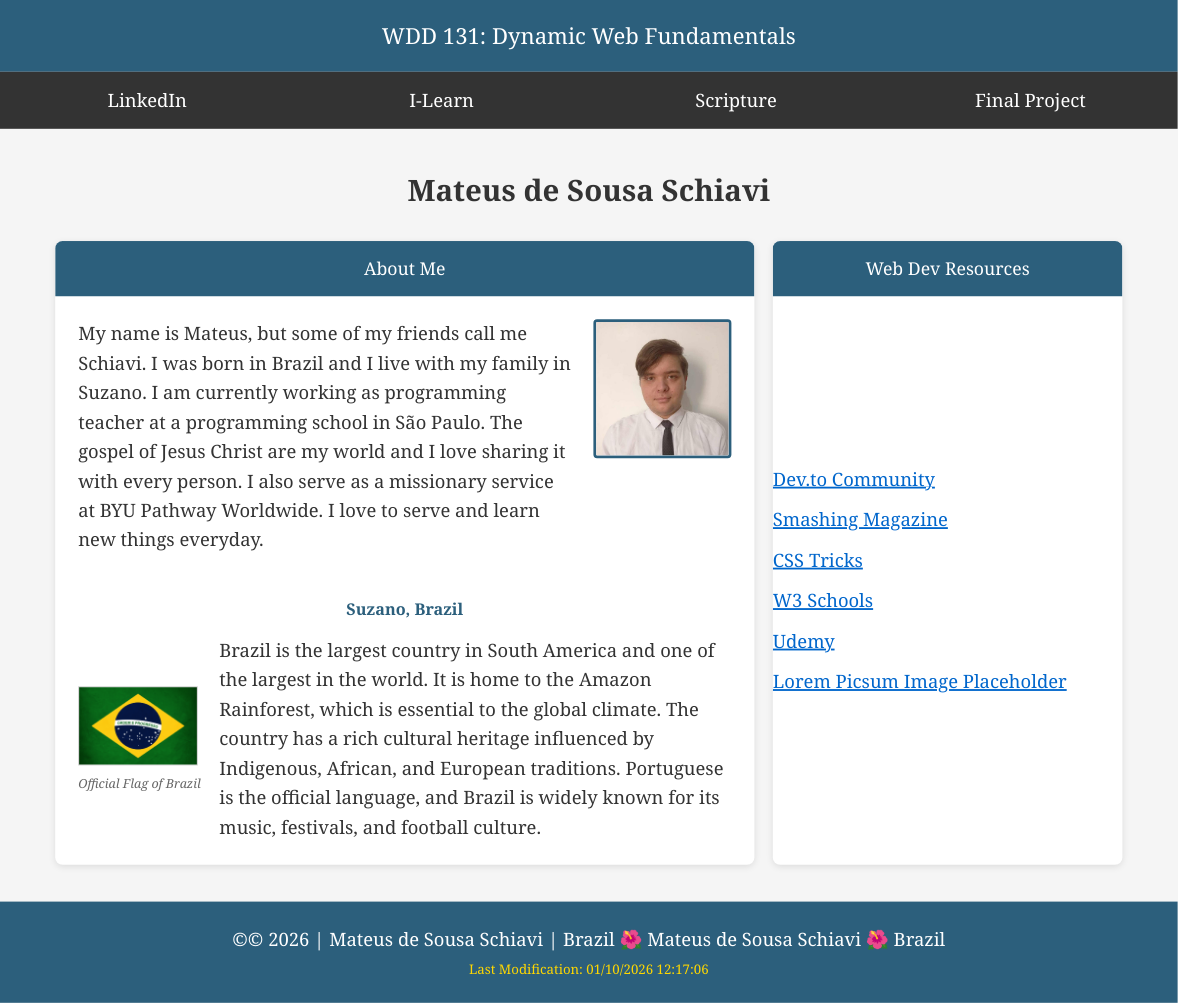
Repository: mateus-schiavi/wdd131
Page: index.html
These files come from the project's save history. The page is drawn as it stood at one moment and after the next save; the edit follows.
The browser window is 1280 px wide. The pictures show the whole page, at 92% of full size.
Some web fonts or font styles are not loaded; a fallback is used.

Above is the page before, as saved 2026-01-10 17:58:14.

### index.html
<!DOCTYPE html>
<html lang="en">

<head>
    <script src="./scripts/getdates.js" defer></script>
    <meta charset="UTF-8">
    <meta name="viewport" content="width=device-width, initial-scale=1.0">
    <meta name="author" content="Mateus de Sousa Schiavi">
    <meta name="description"
        content="Personal homepage for WDD 131 – Dynamic Web Fundamentals, featuring information about Mateus de Sousa Schiavi and useful web development resources.">
    <title>WDD 131 - Dynamic Web Fundamentals - Mateus de Sousa Schiavi</title>
    <link rel="stylesheet" href="./styles/base.css">
    <link rel="preconnect" href="https://fonts.googleapis.com">
    <link rel="preconnect" href="https://fonts.gstatic.com" crossorigin>
    <link href="https://fonts.googleapis.com/css2?family=Ancizar+Serif:ital,wght@0,300..900;1,300..900&display=swap"
        rel="stylesheet">
</head>

<body>
    <header>
        <h1 id="course-title">WDD 131: Dynamic Web Fundamentals</h1>
    </header>
    <nav>
        <a href="https://www.linkedin.com/in/mateus-de-sousa-schiavi/" target="_blank">LinkedIn</a>
        <a href="https://byupw.instructure.com/" target="_blank">I-Learn</a>
        <a href="https://www.churchofjesuschrist.org/study/scriptures/nt/matt/24?lang=eng&id=p14#p14"
            target="_blank">Scripture</a>
        <a href="#">Final Project</a>
    </nav>
    <main>
        <h2>Mateus de Sousa Schiavi</h2>
        <div class="content-wrapper">
            <section class="card about-card">
                <h3>About Me</h3>
                <div class="about-content">
                    <div class="text-content">
                        <p>
                            My name is Mateus, but some of my friends call me Schiavi. I was born in Brazil and I live
                            with my family in Suzano. I am currently working as programming teacher at a programming
                            school in São Paulo. The gospel of Jesus Christ are my world and I love sharing it with
                            every person. I also serve as a missionary service at BYU Pathway Worldwide. I love to serve
                            and learn new things everyday.
                        </p>
                    </div>
                    <img src="./images/profile.jpg" alt="Profile picture of Mateus de Sousa Schiavi">
                </div>
                <div class="country">
                    <h4>Suzano, Brazil</h4>
                    <div class="country-content">
                        <figure>
                            <img src="./images/brazilian_flag.jpg" alt="Official flag of Brazil">
                            <figcaption>Official Flag of Brazil</figcaption>
                        </figure>
                        <p>
                            Brazil is the largest country in South America and one of the largest in the world.
                            It is home to the Amazon Rainforest, which is essential to the global climate.
                            The country has a rich cultural heritage influenced by Indigenous, African, and
                            European traditions. Portuguese is the official language, and Brazil is widely
                            known for its music, festivals, and football culture.
                        </p>
                    </div>
                </div>
            </section>
            <section class="card resources-card">
                <h3>Web Dev Resources</h3>
                <ul>
                    <li><a href="https://dev.to/" target="_blank">Dev.to Community</a></li>
                    <li><a href="https://www.smashingmagazine.com/" target="_blank">Smashing Magazine</a></li>
                    <li><a href="https://css-tricks.com/" target="_blank">CSS Tricks</a></li>
                    <li><a href="https://www.w3schools.com/" target="_blank">W3 Schools</a></li>
                    <li><a href="https://www.udemy.com/" target="_blank">Udemy</a></li>
                    <li><a href="https://picsum.photos/" target="_blank">Lorem Picsum Image Placeholder</a></li>
                </ul>
            </section>
        </div>
    </main>
    <footer>
        <p>©<span id="currentYear"></span> 🌺 Mateus de Sousa Schiavi 🌺 Brazil</p>
        <p id="lastModified"></p>
    </footer>
</body>

</html>

### scripts/getdates.js
const currentYear = new Date().getFullYear();

document.getElementById("currentYear").textContent = `© ${currentYear} | Mateus de Sousa Schiavi | Brazil`;

const lastModifiedDate = document.lastModified;

document.getElementById("lastModified").textContent = `Last Modification: ${lastModifiedDate}`;

### styles/base.css
* {
  margin: 0;
  padding: 0;
  box-sizing: border-box;
}

body {
  font-family: 'Ancizar Serif', Georgia, serif;
  background-color: #f5f5f5;
  line-height: 1.6;
  font-size: 20px;
}

header {
  background-color: #2c5f7c;
  color: white;
  padding: 20px;
  text-align: center;
}

#course-title {
  font-size: 1.5rem;
  font-weight: normal;
  margin: 0;
}

/* Navigation */
nav {
  background-color: #333;
  display: flex;
  justify-content: space-around;
  flex-wrap: wrap;
}

nav a {
  color: white;
  text-decoration: none;
  padding: 15px 20px;
  display: block;
  transition: background-color 0.3s;
  flex: 1;
  text-align: center;
}

nav a:hover {
  background-color: #555;
}

/* Main Content */
main {
  max-width: 1200px;
  margin: 40px auto;
  padding: 0 20px;
}

main > h2 {
  text-align: center;
  font-size: 2rem;
  margin-bottom: 30px;
  color: #333;
}

.content-wrapper {
  display: grid;
  grid-template-columns: 2fr 1fr;
  gap: 20px;
}

/* Card Sections */
.card {
  background-color: white;
  border-radius: 8px;
  box-shadow: 0 2px 8px rgba(0, 0, 0, 0.1);
  overflow: hidden;
}

.card h3 {
  background-color: #2c5f7c;
  color: white;
  padding: 15px;
  text-align: center;
  font-size: 1.2rem;
  margin: 0;
  font-weight: normal;
}

/* About Me Card */
.about-card .about-content {
  padding: 25px;
  display: flex;
  gap: 20px;
  align-items: flex-start;
}

.text-content {
  flex: 1;
}

.text-content p {
  color: #333;
  text-align: left;
}

.about-content img {
  width: 150px;
  height: auto;
  border: 3px solid #2c5f7c;
  border-radius: 4px;
  flex-shrink: 0;
}

/* Country Section */
.country {
  padding: 25px;
  padding-top: 20px;
}

.country h4 {
  text-align: center;
  color: #2c5f7c;
  margin-bottom: 15px;
  font-size: 1.1rem;
}

.country-content {
  display: flex;
  gap: 20px;
  align-items: center;
  margin-top: 15px;
}

.country-content figure {
  text-align: center;
  margin: 0;
  flex-shrink: 0;
}

.country-content figure img {
  width: 130px;
  height: auto;
  border: 1px solid #ccc;
  display: block;
  margin-bottom: 8px;
}

.country-content figcaption {
  font-size: 0.85rem;
  font-style: italic;
  color: #666;
}

.country-content p {
  flex: 1;
  color: #333;
  text-align: left;
}

/* Web Dev Resources Card */
.resources-card {
  align-self: stretch;
  display: flex;
  flex-direction: column;
}

.resources-card ul {
    display: flex;
    flex-direction: column;
    justify-content: center;
    height: 100%;
}

.resources-card li {
  margin-bottom: 12px;
}

.resources-card li:last-child {
  margin-bottom: 0;
}

.resources-card a {
  color: #0066cc;
  text-decoration: underline;
  transition: color 0.2s;
}

.resources-card a:hover {
  color: #004499;
}

/* Footer */
footer {
  background-color: #2c5f7c;
  color: white;
  text-align: center;
  padding: 20px;
  margin-top: 40px;
}

footer p {
  margin: 5px 0;
}

#lastModified {
  font-size: 0.9rem;
  color: #ffd700;
}

/* Responsive Design */
@media (max-width: 900px) {
  .content-wrapper {
    grid-template-columns: 1fr;
  }
}

@media (max-width: 768px) {
  nav {
    flex-direction: column;
  }

  nav a {
    border-bottom: 1px solid #555;
  }

  nav a:last-child {
    border-bottom: none;
  }

  .about-content {
    flex-direction: column;
    align-items: center !important;
    text-align: center;
  }

  .text-content p {
    text-align: center !important;
  }

  .country-content {
    flex-direction: column;
    text-align: center;
  }

  .country-content p {
    text-align: center !important;
  }

  main > h2 {
    font-size: 1.5rem;
  }
}

After the next save:
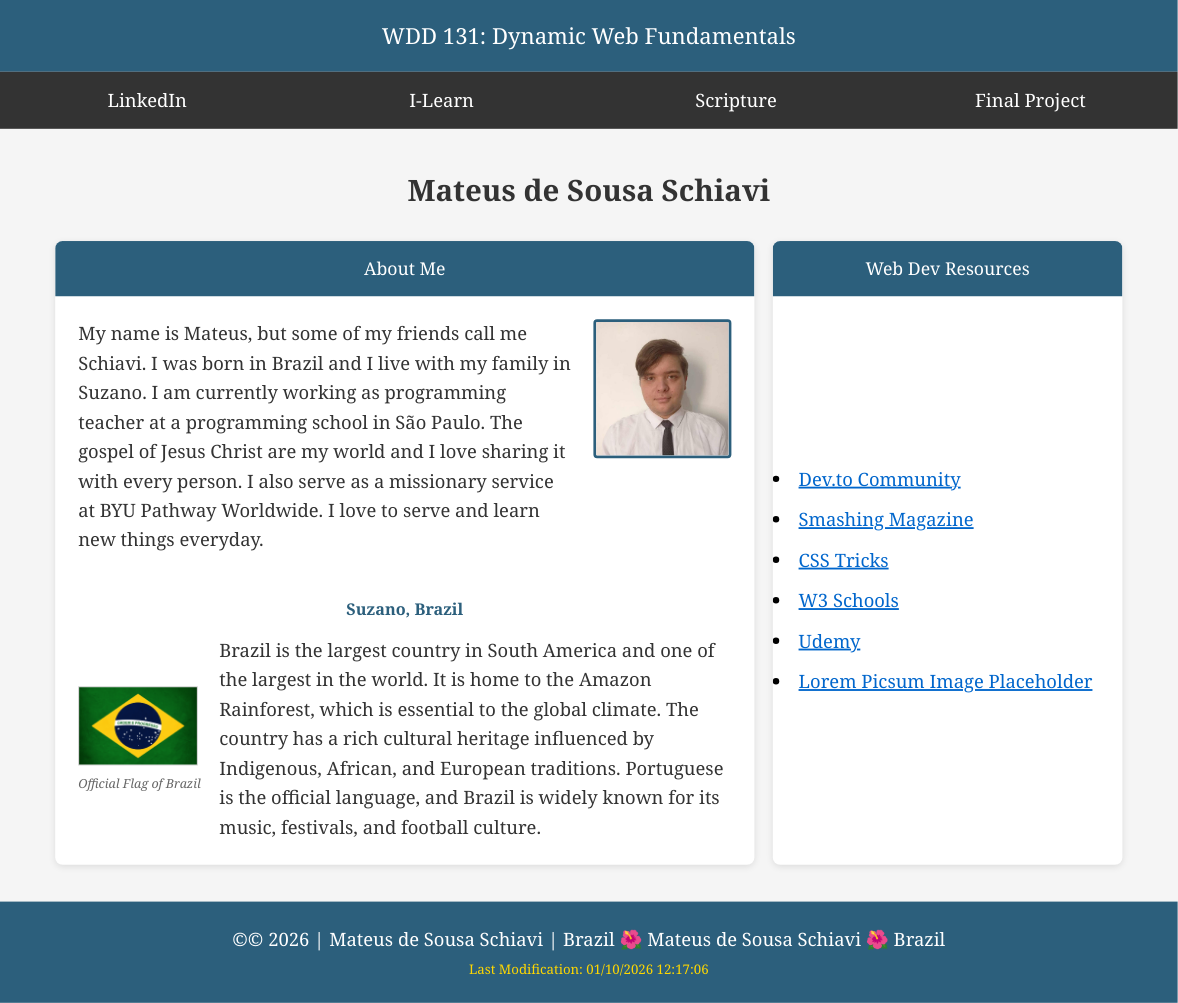
Saved 22 s later.
--- a/styles/base.css
+++ b/styles/base.css
@@ -163,6 +163,7 @@ main > h2 {
 }
 
 .resources-card ul {
+    list-style-position: inside;
     display: flex;
     flex-direction: column;
     justify-content: center;
